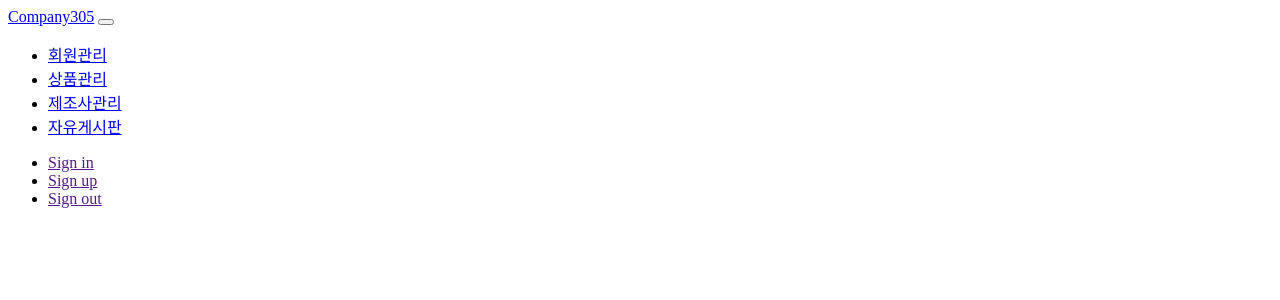
Repository: hoseolkim/restart
Page: http://localhost/WebStudy03_Mybatis/includee/headerMenu.jsp
The author's editor kept a copy of each file at every save. The page is drawn from the files as they stood at one save, then again after the next save.
The browser window is 1280 px wide. The pictures show the whole page.
The page is served by Tomcat 9. Nobody is signed in. The application's start-up code is not run. Other server files are loaded and not shown.

Above is the page before, as saved 2023-10-05 08:38:16.

### WebStudy03_Mybatis/src/main/webapp/includee/headerMenu.jsp
<%@ page language="java" contentType="text/html; charset=UTF-8"
    pageEncoding="UTF-8"%>
<%@ taglib uri="http://java.sun.com/jsp/jstl/core" prefix="c" %>
<nav class="navbar navbar-dark sticky-top bg-dark flex-md-nowrap w-100 p-0 shadow">
  <a class="navbar-brand col-md-3 col-lg-2 mr-0 px-3" href="#">Company305</a>
  <button class="navbar-toggler position-absolute d-md-none collapsed" type="button" data-toggle="collapse" data-target="#sidebarMenu" aria-controls="sidebarMenu" aria-expanded="false" aria-label="Toggle navigation">
    <span class="navbar-toggler-icon"></span>
  </button>
  <ul class="nav px-3 col">
    <li class="nav-item text-nowrap">
      <a class="nav-link" href="<c:url value='/member/memberList.do'/>">회원관리</a>
    </li>
    <li class="nav-item text-nowrap">
      <a class="nav-link" href="#">상품관리</a>
    </li>
    <li class="nav-item text-nowrap">
      <a class="nav-link" href="#">제조사관리</a>
    </li>
    <li class="nav-item text-nowrap">
      <a class="nav-link" href="#">자유게시판</a>
    </li>
  </ul>
  <ul class="nav px-3 col-2">
    <li class="nav-item text-nowrap">
      <a class="nav-link" href="">Sign in</a>
    </li>
    <li class="nav-item text-nowrap">
      <a class="nav-link" href="">Sign up</a>
    </li>
    <li class="nav-item text-nowrap">
      <a class="nav-link" href="">Sign out</a>
    </li>
  </ul>
</nav>

After the next save:
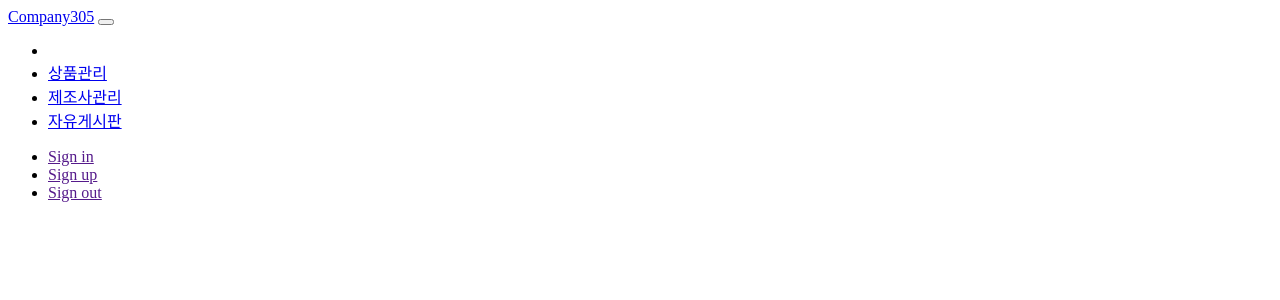
Saved 27 s later.
--- a/WebStudy03_Mybatis/src/main/webapp/includee/headerMenu.jsp
+++ b/WebStudy03_Mybatis/src/main/webapp/includee/headerMenu.jsp
@@ -8,7 +8,7 @@
   </button>
   <ul class="nav px-3 col">
     <li class="nav-item text-nowrap">
-      <a class="nav-link" href="<c:url value='/member/memberList.do'/>">회원관리</a>
+      <a class="nav-link" href="<c:url value='/member/memberList.do'/>"회원관리</a>
     </li>
     <li class="nav-item text-nowrap">
       <a class="nav-link" href="#">상품관리</a>

After the save that followed:
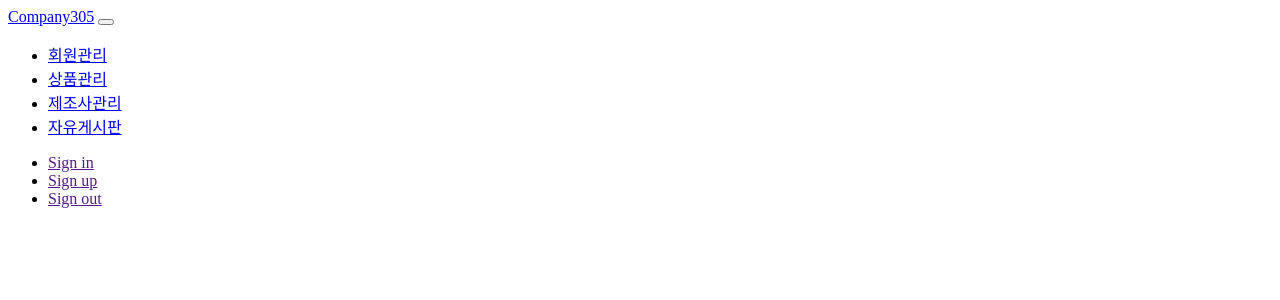
Saved 14 s later.
--- a/WebStudy03_Mybatis/src/main/webapp/includee/headerMenu.jsp
+++ b/WebStudy03_Mybatis/src/main/webapp/includee/headerMenu.jsp
@@ -8,7 +8,7 @@
   </button>
   <ul class="nav px-3 col">
     <li class="nav-item text-nowrap">
-      <a class="nav-link" href="<c:url value='/member/memberList.do'/>"회원관리</a>
+      <a class="nav-link" href="<c:url value='/member/memberList.do'/>">회원관리</a>
     </li>
     <li class="nav-item text-nowrap">
       <a class="nav-link" href="#">상품관리</a>
